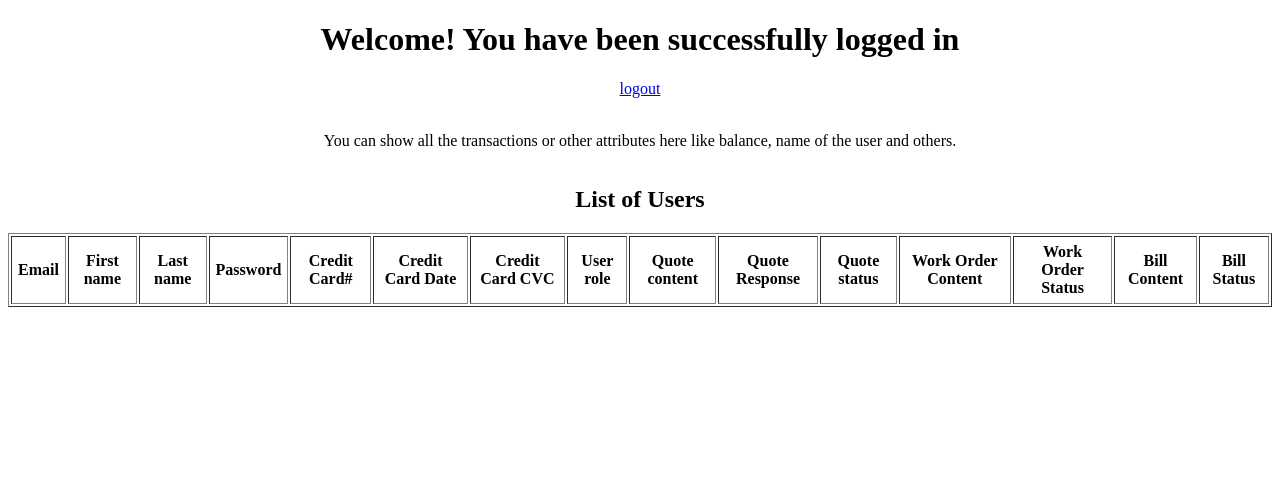
Repository: jacknishanian/Database-project
Page: http://localhost/database/activitypage.jsp
The author's editor kept a copy of each file at every save. The page is drawn from the files as they stood at one save, then again after the next save.
The browser window is 1280 px wide. The pictures show the whole page.
The page is served by Tomcat 9.

Above is the page before, as saved 2023-10-18 02:35:17.

After the next save:
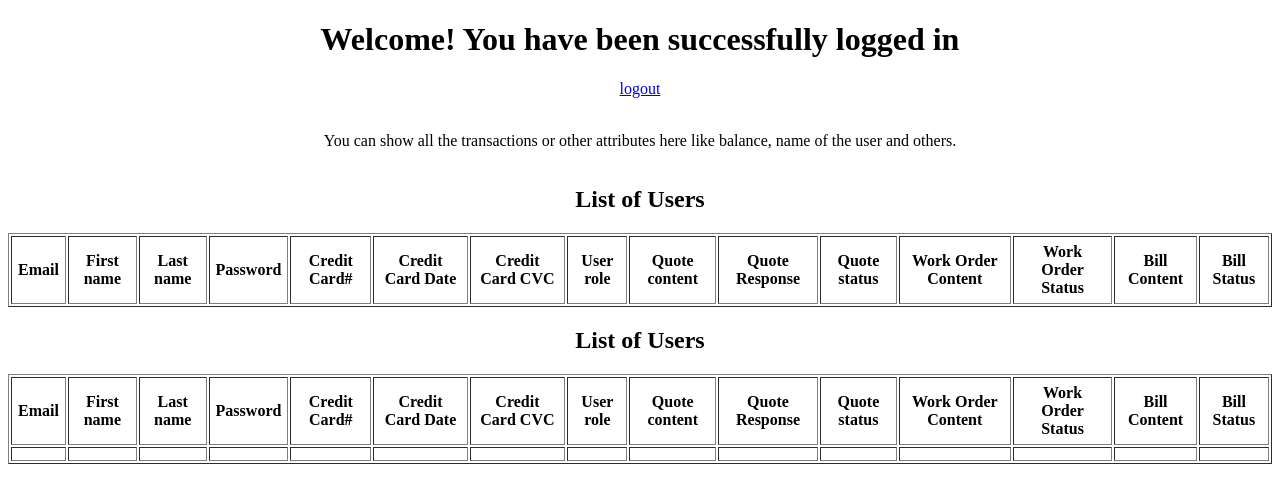
Saved 65 s later.
--- a/database/WebContent/activitypage.jsp
+++ b/database/WebContent/activitypage.jsp
@@ -58,9 +58,28 @@
                     <td><c:out value="${users.bill_of_work_status}" /></td>
 
             </c:forEach>
+           </table>
 
+            <table border="1" cellpadding="6">
+            <caption><h2>List of Users</h2></caption>
+            <tr>
+                <th>Email</th>
+                <th>First name</th>
+                <th>Last name</th>
+                <th>Password</th>
+                <th>Credit Card#</th>
+                <th>Credit Card Date</th>
+                <th>Credit Card CVC</th>
+                <th>User role</th>
+                <th>Quote content</th>
+                <th>Quote Response</th>
+                <th>Quote status</th>
+                <th>Work Order Content</th>
+                <th>Work Order Status</th>
+                <th>Bill Content</th>
+                <th>Bill Status</th>
 
-            <%--
+            </tr>
 
             <tr style="text-align:center">
                     <td><c:out value="${user.email}" /></td>
@@ -80,7 +99,7 @@
                     <td><c:out value="${user.bill_of_work_status}" /></td>
 
 
-             --%>
+
 
         </table>
 
